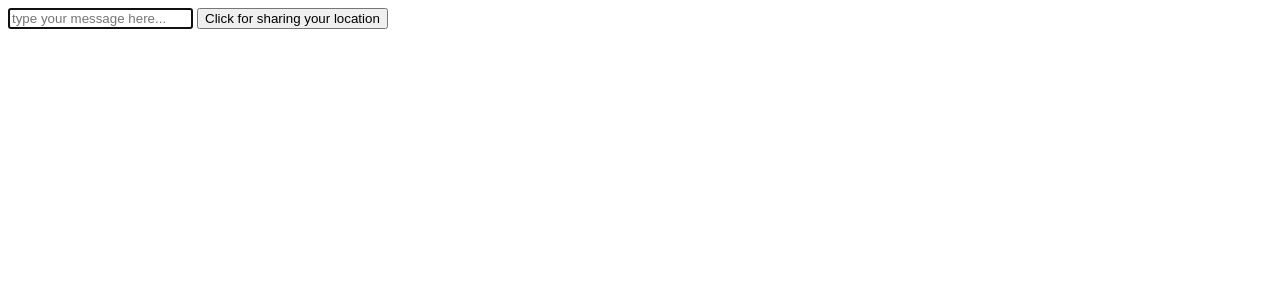
Repository: qingfengtommy/Fiat-Lux
Page: http://localhost/
The author's editor kept a copy of each file at every save. The page is drawn from the files as they stood at one save, then again after the next save.
The browser window is 1280 px wide. The pictures show the whole page.
The page is served by the project's Node server (index.js).

Above is the page before, as saved 2023-02-19 21:24:45.
Console error: ReferenceError: io is not defined

### views/index.ejs
<!DOCTYPE html>
<html lang="en">

<head>
    <meta charset="UTF-8">
    <meta http-equiv="X-UA-Compatible" content="IE=edge">
    <meta name="viewport" content="width=device-width, initial-scale=1.0">
    <title>Local sharing project for helping find family members</title>
</head>

<body>
    <form action="/" method="POST" id="chatForm">
        <input id="txt" autocomplete="off" autofocus="on" oninput="isTyping()"
            placeholder="type your message here..." /> <button>Click for sharing your location</button>
    </form>
    <script>
        var socket = io.connect('http://localhost:8080');
        // submit text message without reload/refresh the page
        $('form').submit(function (e) {
            e.preventDefault(); // prevents page reloading
            socket.emit('chat_message', $('#txt').val());
            $('#txt').val('');
            return false;
        });
        // append the chat text message
        socket.on('chat_message', function (msg) {
            $('#messages').append($('<li>').html(msg));
        });
        // append text if someone is online
        socket.on('is_online', function (username) {
            $('#messages').append($('<li>').html(username));
        });
        // ask username
        var username = prompt('Please tell me your name');
        socket.emit('username', username);
    </script>

</body>

</html>

### index.js
const express = require('express');
const app = express();
const http = require('http').Server(app);
const io = require('socket.io')(http);




app.get('/', function (req, res) {
    res.render('./index.ejs');
});

io.sockets.on('connection', function (socket) {
    socket.on('username', function (username) {
        socket.username = username;
        io.emit('is_online', '🔵 <i>' + socket.username + ' join the chat..</i>');
    });

    socket.on('disconnect', function (username) {
        io.emit('is_online', '🔴 <i>' + socket.username + ' left the chat..</i>');
    })

    socket.on('chat_message', function (message) {
        io.emit('chat_message', '<strong>' + socket.username + '</strong>: ' + message);
    });

});

const server = http.listen(8080, function () {
    console.log('listening on *:8080');
});

After the next save:
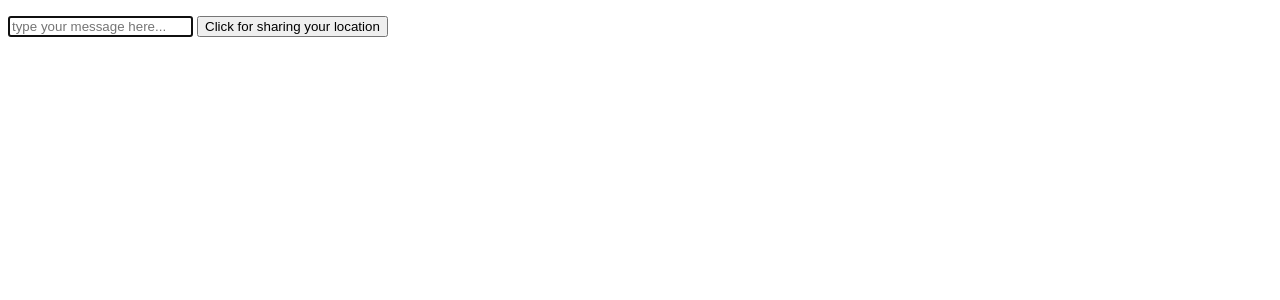
Saved 90 s later.
--- a/views/index.ejs
+++ b/views/index.ejs
@@ -9,10 +9,12 @@
 </head>
 
 <body>
+    <p align=center>
     <form action="/" method="POST" id="chatForm">
         <input id="txt" autocomplete="off" autofocus="on" oninput="isTyping()"
             placeholder="type your message here..." /> <button>Click for sharing your location</button>
     </form>
+    </p>
     <script>
         var socket = io.connect('http://localhost:8080');
         // submit text message without reload/refresh the page
